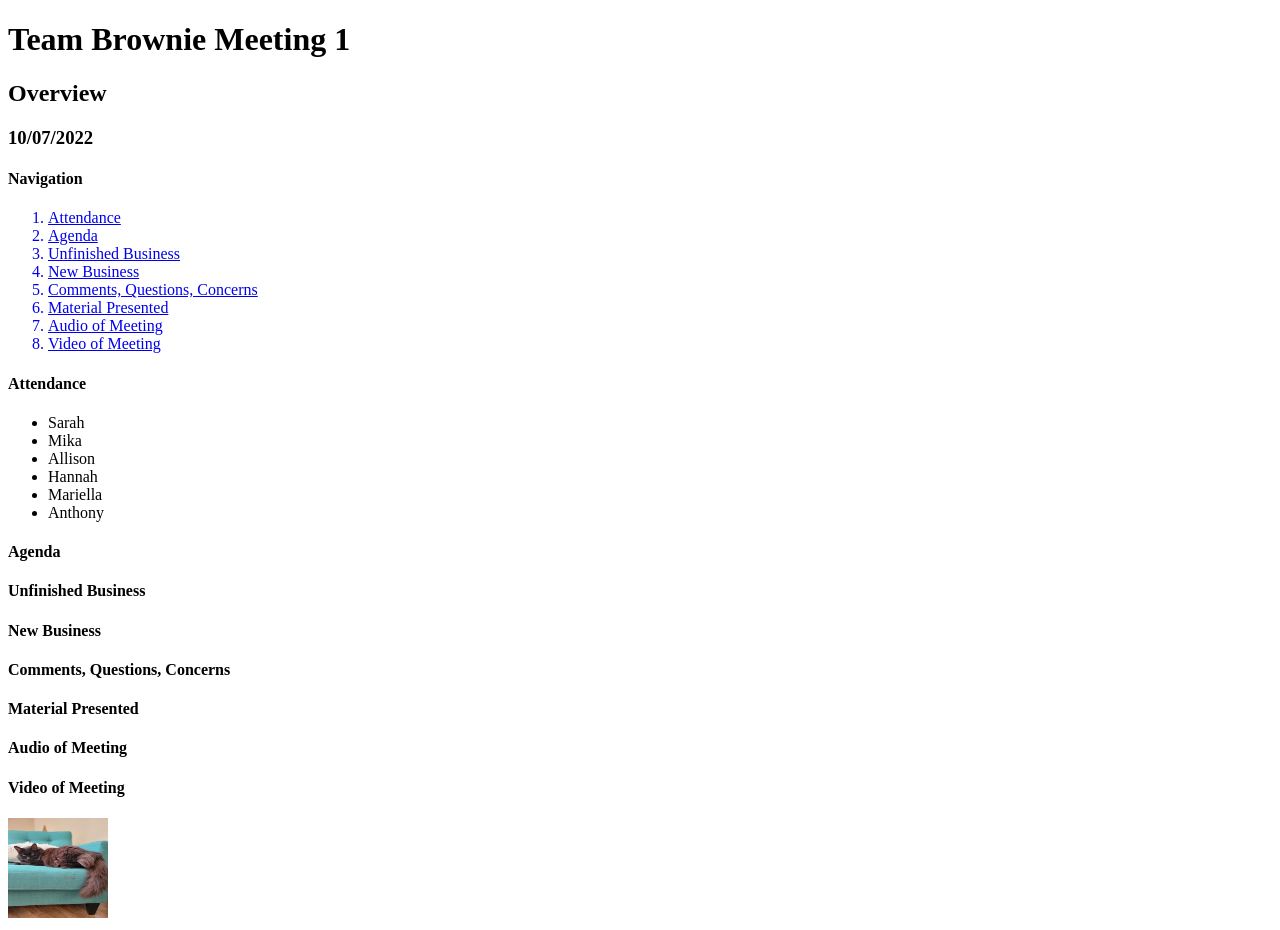
Repository: sarahtthomson/fa22-cse110-lab3
Page: index.html
These files come from the project's save history. The page is drawn as it stood at one moment and after the next save; the edit follows.
The browser window is 1280 px wide. The pictures show the whole page.

Above is the page before, as saved 2022-10-07 15:11:38.

### index.html
<!DOCTYPE html>
<html lang="en">
    <head>
        <Title>Team Brownie</Title>
        <meta name="description" content="Meeting minutes for Team Brownie">
        <link rel="icon" href="/favicon.ico" />
    </head>
    <body>
        <header>
            <h1>Team Brownie Meeting 1</h1>
            <h2>Overview</h2>
            <h3>10/07/2022</h3>
        </header>
        <main>
            <div class="nav">
                <h4>Navigation</h4>
                <ol>
                    <a href="#Attendance" class="btn"><li>Attendance</li></a>
                    <a href="#Agenda" class="btn"><li>Agenda</li></a>
                    <a href="#Unfinished Business" class="btn"><li>Unfinished Business</li></a>
                    <a href="#New Business" class="btn"><li>New Business</li></a>
                    <a href="#Comments" class="btn"><li>Comments, Questions, Concerns</li></a>
                    <a href="#Material" class="btn"><li>Material Presented</li></a>
                    <a href="#Audio" class="btn"><li>Audio of Meeting</li></a>
                    <a href="#Video" class="btn"><li>Video of Meeting</li></a>
                </ol>
            </div>
            <div class="Attendance" id="Attendance">
                <h4>Attendance</h4>
                <ul>
                    <li>Sarah</li>
                    <li>Mika</li>
                    <li>Allison</li>
                    <li>Hannah</li>
                    <li>Mariella</li>
                    <li>Anthony</li>
                </ul>
            </div>
            <div class="Agenda" id="Agenda">
                <h4>Agenda</h4>
            </div>
            <div class="Unfinished Business" id="Agenda">
                <h4>Unfinished Business</h4>
            </div>
            <div class="New Business" id="New Business">
                <h4>New Business</h4>
            </div>
            <div class="Comments" id="Comments">
                <h4>Comments, Questions, Concerns</h4>
            </div>
            <div class="Material" id="Material">
                <h4>Material Presented</h4>
            </div>
            <div class="Audio" id="Audio">
                <h4>Audio of Meeting</h4>
            </div>
            <div class="Video" id="Video">
                <h4>Video of Meeting</h4>
            </div>
        </main>
        <img height="100" width="100" src="/cat.jpg">
    </body>
</html>

After the next save:
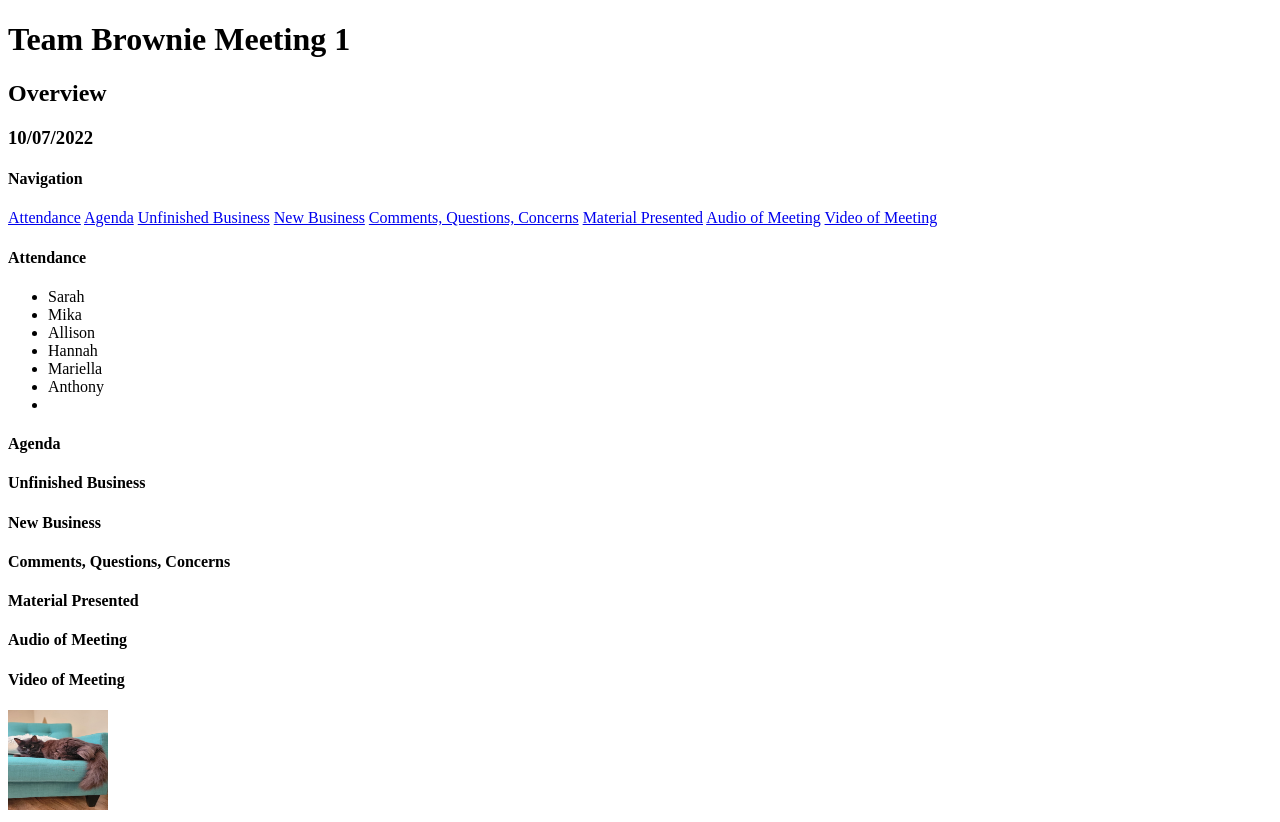
Saved 112 s later.
--- a/index.html
+++ b/index.html
@@ -14,16 +14,14 @@
         <main>
             <div class="nav">
                 <h4>Navigation</h4>
-                <ol>
-                    <a href="#Attendance" class="btn"><li>Attendance</li></a>
-                    <a href="#Agenda" class="btn"><li>Agenda</li></a>
-                    <a href="#Unfinished Business" class="btn"><li>Unfinished Business</li></a>
-                    <a href="#New Business" class="btn"><li>New Business</li></a>
-                    <a href="#Comments" class="btn"><li>Comments, Questions, Concerns</li></a>
-                    <a href="#Material" class="btn"><li>Material Presented</li></a>
-                    <a href="#Audio" class="btn"><li>Audio of Meeting</li></a>
-                    <a href="#Video" class="btn"><li>Video of Meeting</li></a>
-                </ol>
+                    <a href="#Attendance" class="btn">Attendance</a>
+                    <a href="#Agenda" class="btn">Agenda</a>
+                    <a href="#Unfinished Business" class="btn">Unfinished Business</a>
+                    <a href="#New Business" class="btn">New Business</a>
+                    <a href="#Comments" class="btn">Comments, Questions, Concerns</a>
+                    <a href="#Material" class="btn">Material Presented</a>
+                    <a href="#Audio" class="btn">Audio of Meeting</a>
+                    <a href="#Video" class="btn">Video of Meeting</a>
             </div>
             <div class="Attendance" id="Attendance">
                 <h4>Attendance</h4>
@@ -34,6 +32,7 @@
                     <li>Hannah</li>
                     <li>Mariella</li>
                     <li>Anthony</li>
+                    <li></li>
                 </ul>
             </div>
             <div class="Agenda" id="Agenda">
